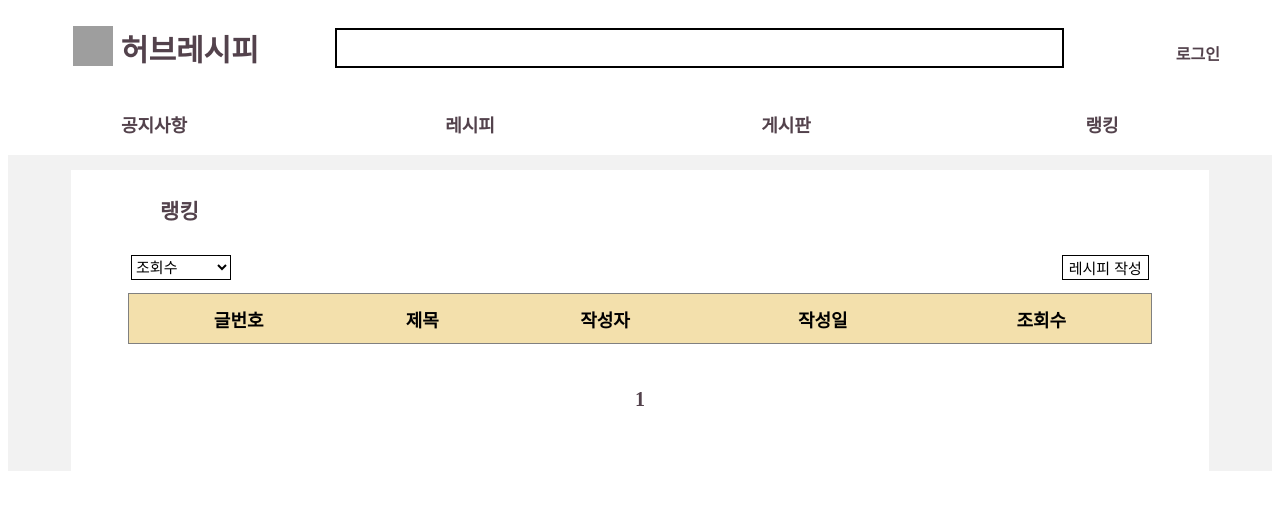
Repository: Shortood/Web_Project
Page: http://localhost/Web_project29/recipe-ranking.jsp?page=1
An editor plug-in stored every save of this project. The page is shown before and after the next save, followed by the edit.
The browser window is 1280 px wide. The pictures show the whole page.
Pictures or frames that could not be fetched are drawn as grey boxes. Some web fonts or font styles are not loaded; a fallback is used. The page is served by Tomcat 9. Queries for data that is not in the repository find no rows.

Above is the page before, as saved 2022-12-10 17:49:12.

After the next save:
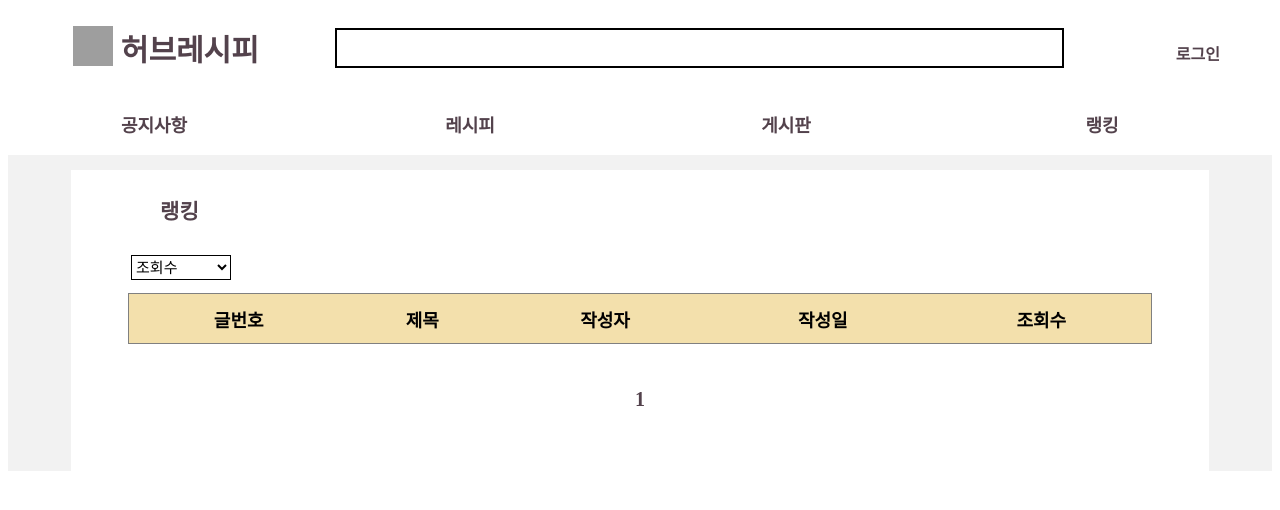
Saved 3 min 17 s later.
--- a/eclipse-workspace/Web_project29/src/main/webapp/recipe-ranking.jsp
+++ b/eclipse-workspace/Web_project29/src/main/webapp/recipe-ranking.jsp
@@ -32,8 +32,6 @@ Cookie[] cookies = request.getCookies();
 									</select>
 								</form>
 							</td>
-							<td><button onclick="location.href='makerecipe.jsp'">레시피
-									작성</button></td>
 						</tr>
 					</table>
 				</div>
